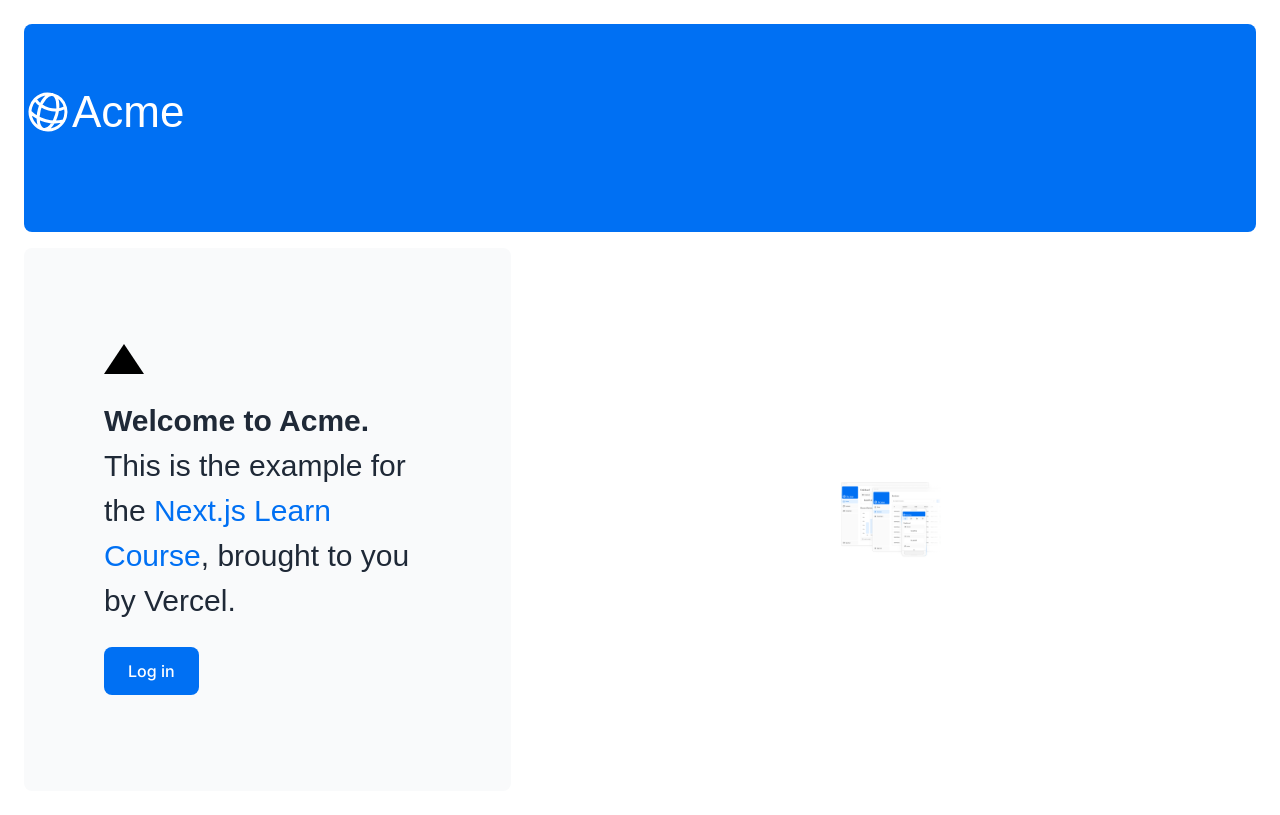
Repository: limaneto/invoices
Page: /
These files come from the project's save history. The page is drawn as it stood at one moment and after the next save; the edit follows.
The browser window is 1280 px wide. The pictures show the whole page.
Some web fonts or font styles are not loaded; a fallback is used. The project was rebuilt for these pictures with package versions that can differ from the ones it lists, and the page was loaded fresh each time. The framework's server and built-in components were replaced by stand-ins that run in the browser. Also part of the build but not shown: next.config.js.

Above is the page before, as saved 2023-11-02 15:35:36.

### app/layout.tsx
import "@/app/ui/global.css";
import { inter } from './ui/fonts';

export default function RootLayout({
  children,
}: {
  children: React.ReactNode;
}) {
  return (
    <html lang="en">
      <body className={`${inter.className} antialiased`}>{children}</body>
    </html>
  );
}

### app/page.tsx
import AcmeLogo from '@/app/ui/acme-logo';
import { lusitana } from './ui/fonts';
import Image from 'next/image';

import Link from 'next/link';
export default function Page() {
  return (
    <main className="flex min-h-screen flex-col p-6">
      <div className="flex h-20 shrink-0 items-end rounded-lg bg-blue-500 py-24 md:h-52">
        <AcmeLogo />
      </div>
      <div className="mt-4 flex grow flex-col gap-4 md:flex-row">
        <div className="flex flex-col justify-center gap-6 rounded-lg bg-gray-50 px-6 py-24 md:w-2/5 md:px-20">
        <div
  className="h-0 w-0 border-b-[30px] border-l-[20px] border-r-[20px] border-b-black border-l-transparent border-r-transparent"
/>
          <p className={`${lusitana.className} text-xl text-gray-800 md:text-3xl md:leading-normal`}>
            <strong>Welcome to Acme.</strong> This is the example for the{' '}
            <a href="https://nextjs.org/learn/" className="text-blue-500">
              Next.js Learn Course
            </a>
            , brought to you by Vercel.
          </p>
          <Link
            href="/login"
            className="flex items-center gap-5 self-start rounded-lg bg-blue-500 px-6 py-3 text-sm font-medium text-white transition-colors hover:bg-blue-400 md:text-base"
          >
            <span>Log in</span>
          </Link>
        </div>
        <div className="flex items-center justify-center p-6 md:w-3/5 md:px-28 md:py-12">
          <Image
            src="/hero-desktop.png"
            width={100}
            height={100}
            className="hidden md:block"
            alt="Screenshots of the dashboard project showing desktop and mobile versions"
          />
          <Image
            src="/hero-mobile.png"
            width={100}
            height={100}
            className={'block md:hidden'}
            alt="Screenshots of the dashboard project showing desktop and mobile versions"
          />
        </div>
      </div>
    </main>
  );
}

### app/ui/fonts.ts
import { Inter, Lusitana } from 'next/font/google';

export const inter = Inter({ subsets: ['latin'] });
export const lusitana = Lusitana({
  weight: ['400', '700'],
  subsets: ['latin']
})

Loaded but not shown: app/ui/global.css (common file); app/ui/acme-logo.tsx (common file); tailwind.config.ts (common file)

After the next save:
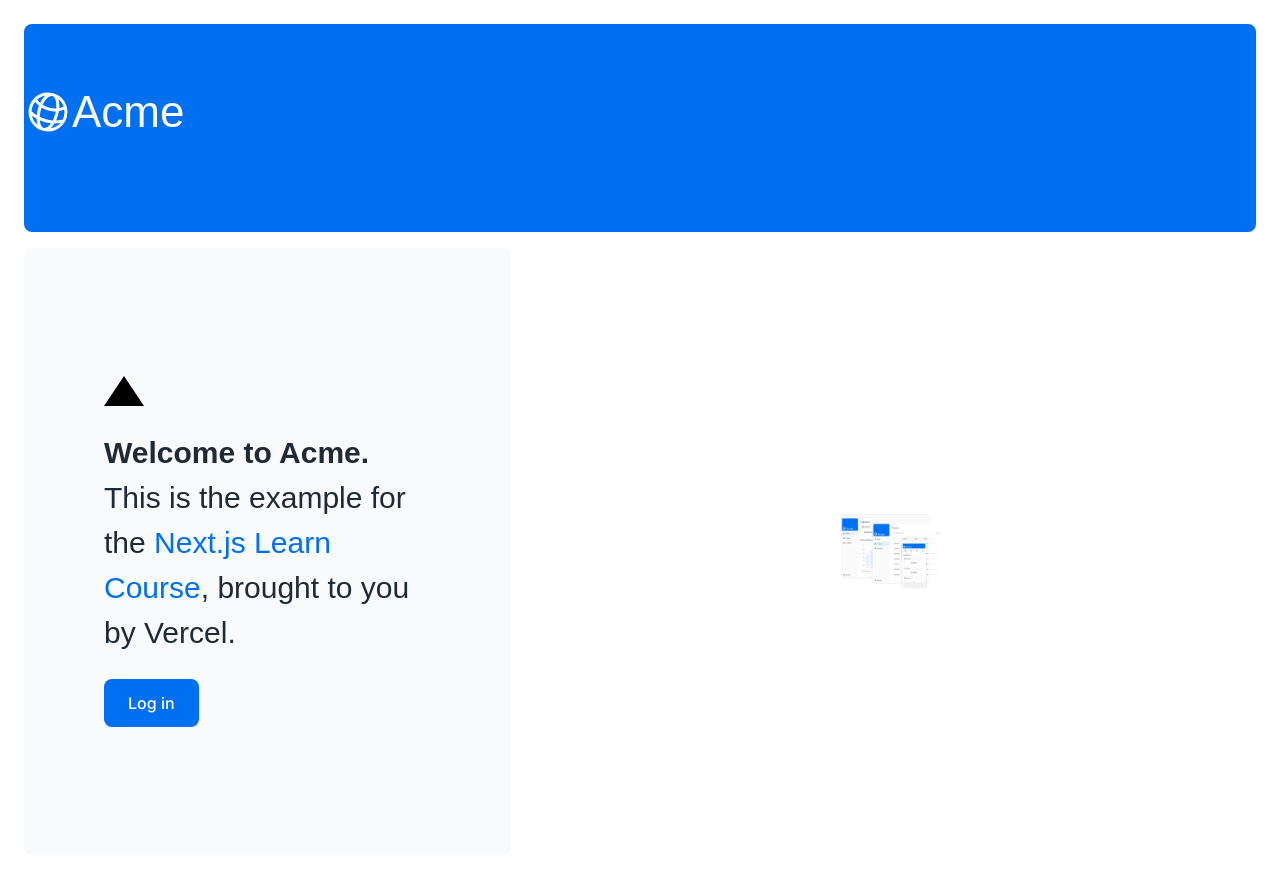
Saved 22 s later.
--- a/app/page.tsx
+++ b/app/page.tsx
@@ -10,7 +10,7 @@
         <AcmeLogo />
       </div>
       <div className="mt-4 flex grow flex-col gap-4 md:flex-row">
-        <div className="flex flex-col justify-center gap-6 rounded-lg bg-gray-50 px-6 py-24 md:w-2/5 md:px-20">
+        <div className="flex flex-col justify-center gap-6 rounded-lg bg-gray-50 px-6 py-32 md:w-2/5 md:px-20">
         <div
   className="h-0 w-0 border-b-[30px] border-l-[20px] border-r-[20px] border-b-black border-l-transparent border-r-transparent"
 />
